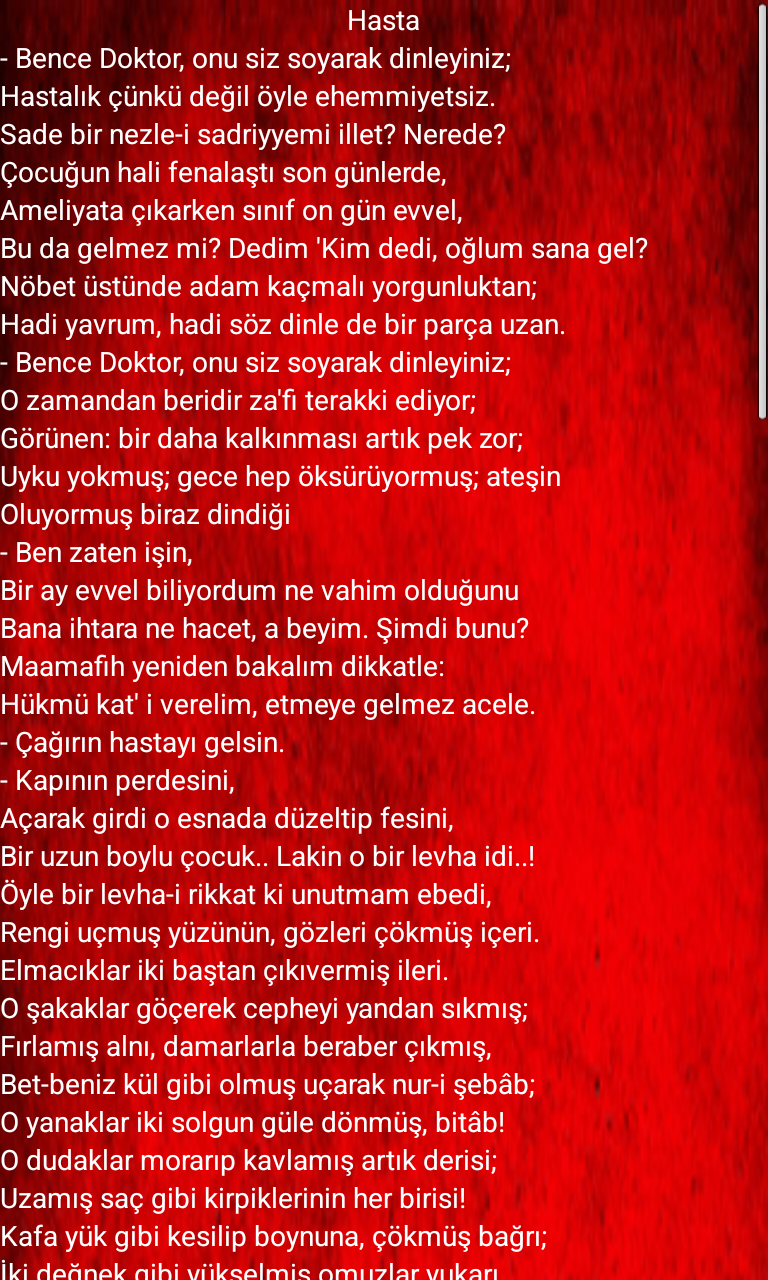
Repository: dokayazilim/Safahat-Android--Uygulamasi
Layout: safahat(android)/Safahat/res/layout/kitap2.xml
These files come from the project's save history. The layout is drawn as it stood at one moment and after the next save; the edit follows.
It is drawn on a 768 x 1280 px phone screen (xhdpi) without system bars, with theme android:Theme; the app's code is not run.

Above is the layout before, as saved 2012-09-05 12:20:43.

After the next save:
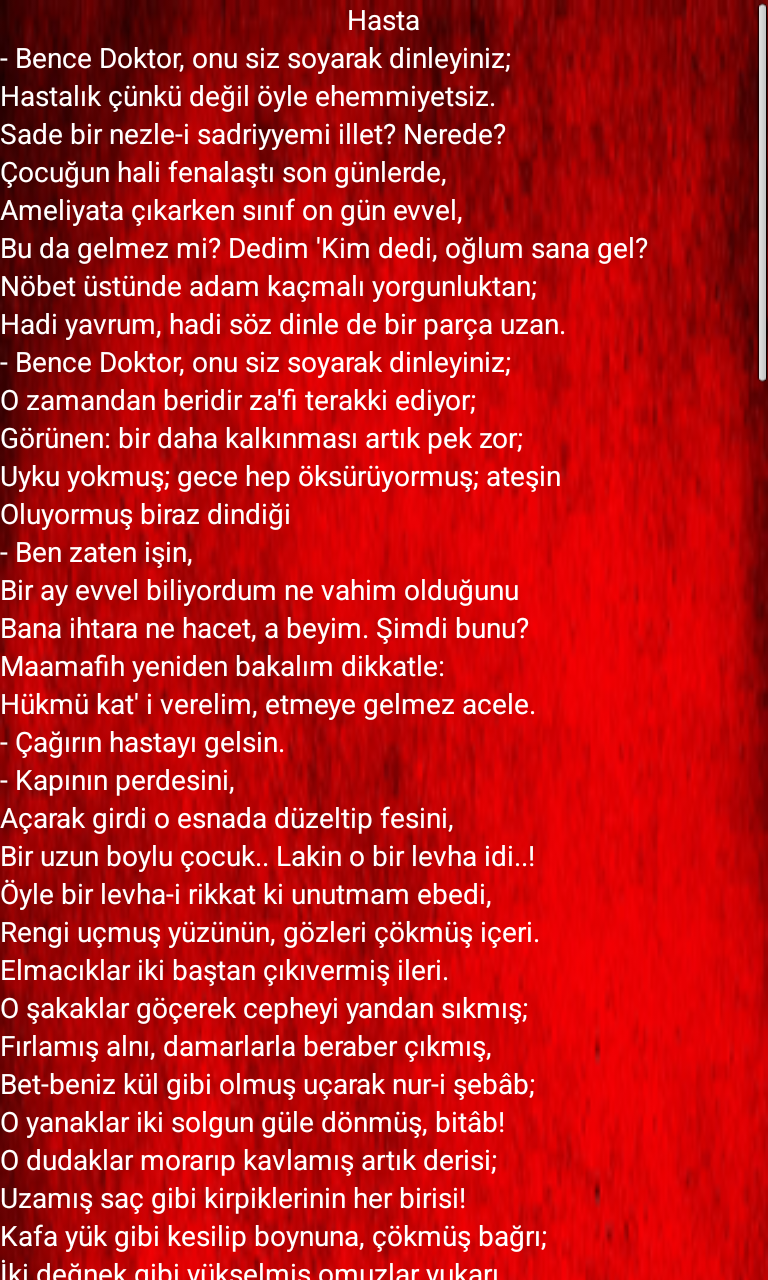
Saved 75 s later.
--- a/safahat(android)/Safahat/res/layout/kitap2.xml
+++ b/safahat(android)/Safahat/res/layout/kitap2.xml
@@ -512,6 +512,56 @@
         android:layout_width="wrap_content"
         android:layout_height="wrap_content"
         android:text="Doğrudur gitmeliyim.. Koşturunuz bir araba.   " android:textColor="#ffffff"/>
+     <TextView
+        android:id="@+id/textView102"
+        android:layout_width="wrap_content"
+        android:layout_height="wrap_content"
+        android:text="Doğrudur gitmeliyim.. Koşturunuz bir araba.   " android:textColor="#ffffff"/>
+      <TextView
+        android:id="@+id/textView103"
+        android:layout_width="wrap_content"
+        android:layout_height="wrap_content"
+        android:text="Doğrudur gitmeliyim.. Koşturunuz bir araba.   " android:textColor="#ffffff"/>
+       <TextView
+        android:id="@+id/textView104"
+        android:layout_width="wrap_content"
+        android:layout_height="wrap_content"
+        android:text="Doğrudur gitmeliyim.. Koşturunuz bir araba.   " android:textColor="#ffffff"/>
+        <TextView
+        android:id="@+id/textView105"
+        android:layout_width="wrap_content"
+        android:layout_height="wrap_content"
+        android:text="Doğrudur gitmeliyim.. Koşturunuz bir araba.   " android:textColor="#ffffff"/>
+         <TextView
+        android:id="@+id/textView106"
+        android:layout_width="wrap_content"
+        android:layout_height="wrap_content"
+        android:text="Doğrudur gitmeliyim.. Koşturunuz bir araba.   " android:textColor="#ffffff"/>
+          <TextView
+        android:id="@+id/textView107"
+        android:layout_width="wrap_content"
+        android:layout_height="wrap_content"
+        android:text="Doğrudur gitmeliyim.. Koşturunuz bir araba.   " android:textColor="#ffffff"/>
+           <TextView
+        android:id="@+id/textView108"
+        android:layout_width="wrap_content"
+        android:layout_height="wrap_content"
+        android:text="Doğrudur gitmeliyim.. Koşturunuz bir araba.   " android:textColor="#ffffff"/>
+            <TextView
+        android:id="@+id/textView109"
+        android:layout_width="wrap_content"
+        android:layout_height="wrap_content"
+        android:text="Doğrudur gitmeliyim.. Koşturunuz bir araba.   " android:textColor="#ffffff"/>
+             <TextView
+        android:id="@+id/textView110"
+        android:layout_width="wrap_content"
+        android:layout_height="wrap_content"
+        android:text="Doğrudur gitmeliyim.. Koşturunuz bir araba.   " android:textColor="#ffffff"/>
+              <TextView
+        android:id="@+id/textView111"
+        android:layout_width="wrap_content"
+        android:layout_height="wrap_content"
+        android:text="Doğrudur gitmeliyim.. Koşturunuz bir araba.   " android:textColor="#ffffff"/>
 
 
 </LinearLayout>
